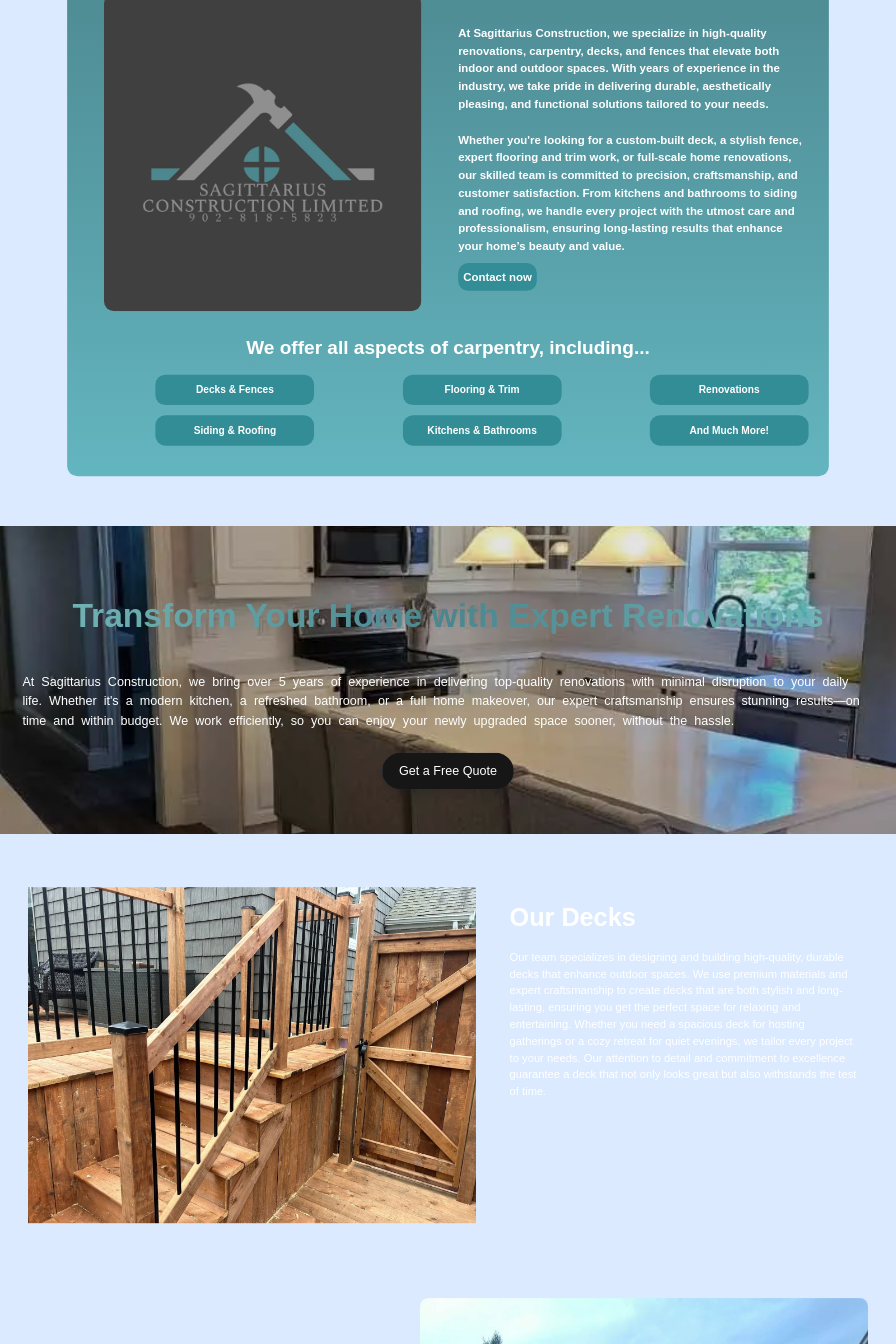
Repository: TMuse333/sagittarius
Page: / (app in frontend/)
The author's editor kept a copy of each file at every save. The page is drawn from the files as they stood at one save, then again after the next save.
The browser window is 1280 px wide. The pictures show the part of the page from y = 888 to 2808 px (the page is 9780 px tall), at 70% of full size.
The project was rebuilt for these pictures with package versions that can differ from the ones it lists, and the page was loaded fresh each time. The framework's server and built-in components were replaced by stand-ins that run in the browser. Also part of the build but not shown: frontend/next.config.ts.

Above is the page before, as saved 2025-03-17 19:25:37.

After the next save:
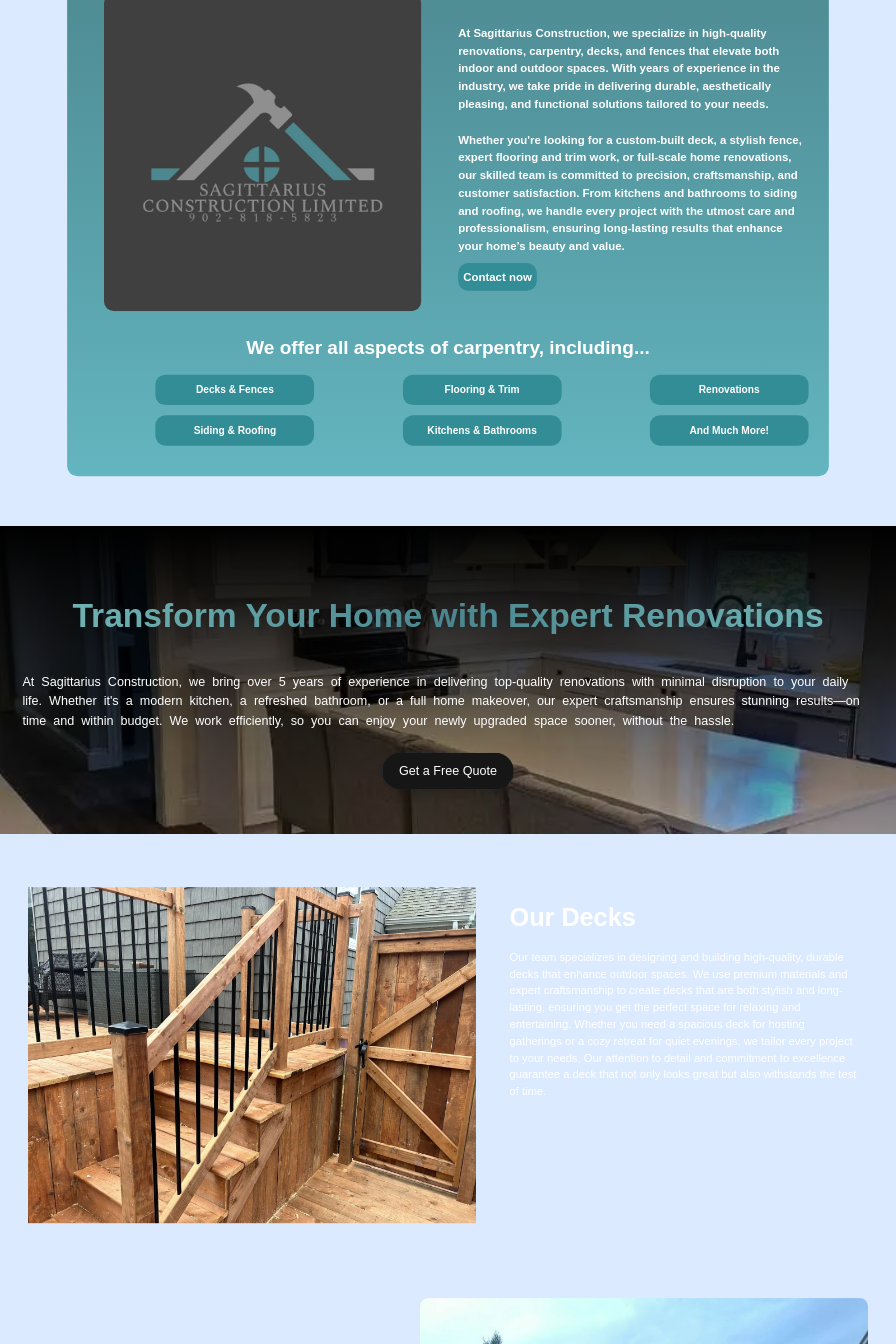
Saved 5 s later.
--- a/frontend/src/components/verticalImageText/verticalImageText.tsx
+++ b/frontend/src/components/verticalImageText/verticalImageText.tsx
@@ -114,7 +114,7 @@
     py-8
    "
    style={{
-    backgroundImage: `linear-gradient(rgba(0, 0, 0, 0.1), rgba(0, 0, 0, 0.2)), url(${bgImage.src})`,
+    backgroundImage: `linear-gradient(rgba(0, 0, 0, 1), rgba(0, 0, 0, 0.2)), url(${bgImage.src})`,
     backgroundSize: "cover", // Ensures the image covers the container
     backgroundPosition: "center", // Centers the image
   }}
